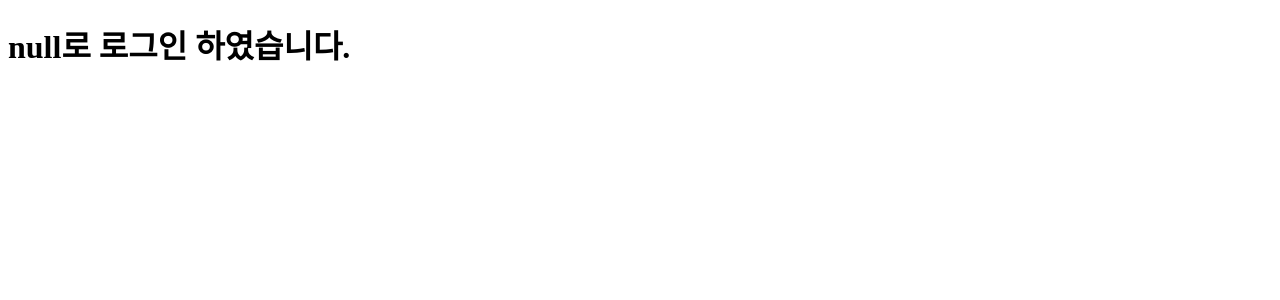
Repository: Yang-Seungjae/JSPservlet
Page: http://localhost/example1/ex8-exam2/error2.jsp
An editor plug-in stored every save of this project. The page is shown before and after the next save, followed by the edit.
The browser window is 1280 px wide. The pictures show the whole page.
The page is served by Tomcat 9.

Above is the page before, as saved 2023-05-23 04:05:27.

After the next save:
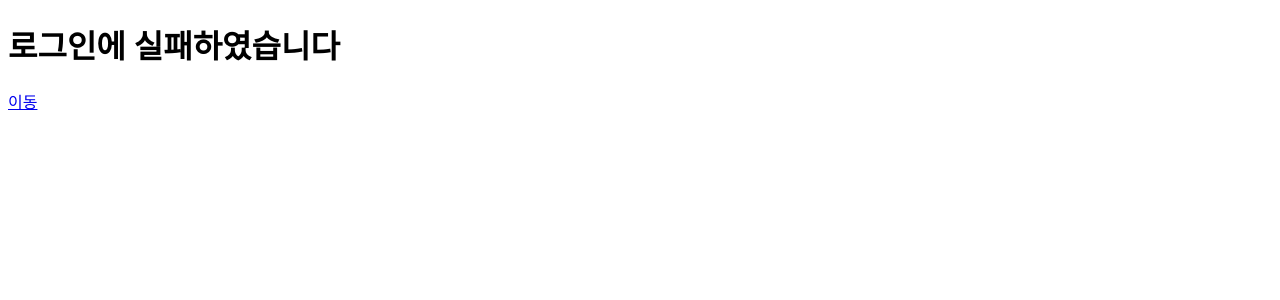
Saved 94 s later.
--- a/example1/src/main/webapp/ex8-exam2/error2.jsp
+++ b/example1/src/main/webapp/ex8-exam2/error2.jsp
@@ -13,7 +13,7 @@
 	session.setAttribute("id", id);
 	application.setAttribute("id", id);
 %>
-<h1><%= id %>로 로그인 하였습니다. <br/></h1>
-
+<h1>로그인에 실패하였습니다 <br/></h1>
+<a href ="./login.html">이동</a>
 </body>
 </html>
